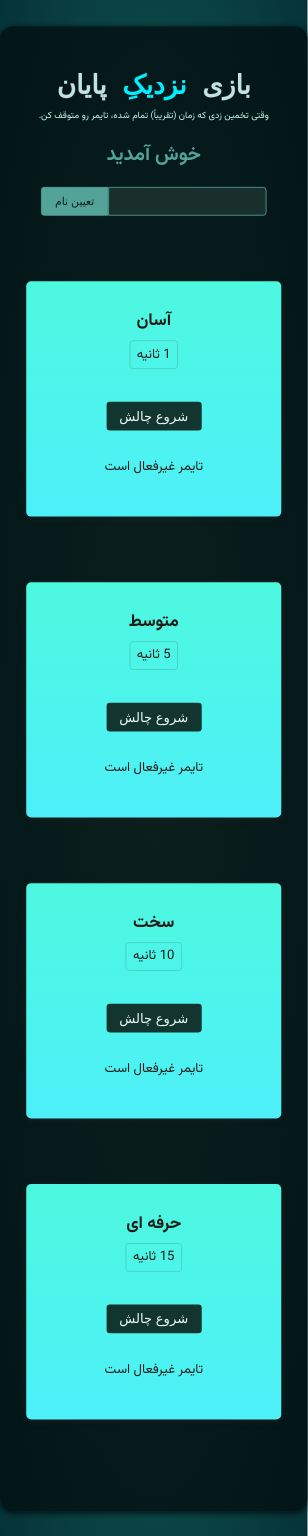
Repository: H-ala/react-near-end
Page: /
The author's editor kept a copy of each file at every save. The page is drawn from the files as they stood at one save, then again after the next save.
The browser window is 375 px wide. The pictures show the whole page, at 82% of full size.
The project was rebuilt for these pictures with package versions that can differ from the ones it lists, and the page was loaded fresh each time. Also part of the build but not shown: vite.config.js.

Above is the page before, as saved 2025-10-21 19:53:17.

After the next save:
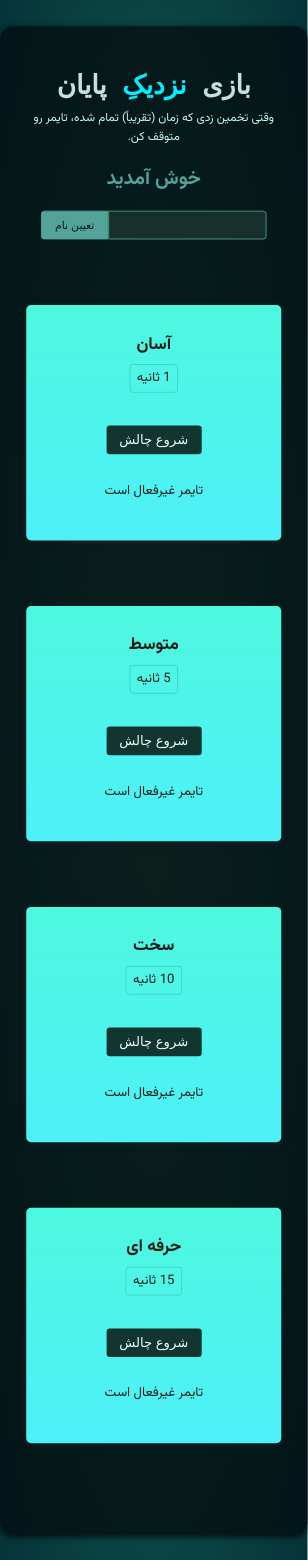
Saved 6 s later.
--- a/src/index.css
+++ b/src/index.css
@@ -256,6 +256,6 @@ header p {
     font-size: 2rem;
   }
   header p {
-    font-size: 0.7rem;
-  }
-}
+    font-size: 0.9rem;
+  }
+}
